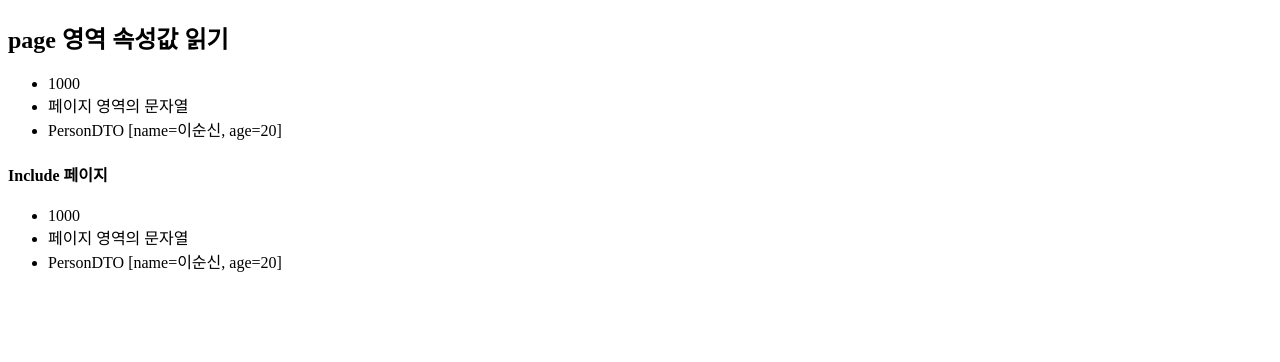
Repository: parkblacksheep/JSP-Servlet
Page: http://localhost/HelloJSP3/scope/pageContextScope2.jsp
An editor plug-in stored every save of this project. The page is shown before and after the next save, followed by the edit.
The browser window is 1280 px wide. The pictures show the whole page.
The page is served by Tomcat 9.

Above is the page before, as saved 2024-07-26 01:46:23.

### HelloJSP3/src/main/webapp/scope/pageContextScope2.jsp
<%@page import="kr.co.kosta.common.PersonDTO"%>
<%@ page language="java" contentType="text/html; charset=UTF-8"
    pageEncoding="UTF-8"%>
<%
	pageContext.setAttribute("pageInteger", 1000);
	pageContext.setAttribute("pageString","페이지 영역의 문자열");
	pageContext.setAttribute("pageDTO", new PersonDTO("이순신",20));

%>

<!DOCTYPE html>
<html>
<head>
<meta charset="UTF-8">
<title>Insert title here</title>
</head>
<body>
	<h2>page 영역 속성값 읽기</h2>
	<%
		int pInteger=(Integer)pageContext.getAttribute("pageInteger");
		String pString=pageContext.getAttribute("pageString").toString();
		PersonDTO pPerson =(PersonDTO)pageContext.getAttribute("pageDTO");
	%>
	<ul>
		<li><%= pInteger %></li>
		<li><%= pString %></li>
		<li><%= pPerson %></li>
	</ul>

	<%@ include file="pageContextInclude.jsp" %>
</body>
</html>

### HelloJSP3/src/main/webapp/scope/pageContextInclude.jsp
<%@page import="kr.co.kosta.common.PersonDTO"%>
<%@ page language="java" contentType="text/html; charset=UTF-8"
    pageEncoding="UTF-8"%>
<!DOCTYPE html>
<html>
<head>
<meta charset="UTF-8">
<title>Insert title here</title>
</head>
<body>
	<h4>Include 페이지</h4>
	<%
		int pInteger2 =(Integer)pageContext.getAttribute("pageInteger");
		String pString2 = pageContext.getAttribute("pageString").toString();
		PersonDTO pPerson2 = (PersonDTO)pageContext.getAttribute("pageDTO");
	%>
	<ul>
		<li><%= pInteger2 %></li>
		<li><%= pString2 %></li>
		<li><%= pPerson2 %></li>
	</ul>
</body>
</html>

### HelloJSP3/src/main/java/kr/co/kosta/common/PersonDTO.java
package kr.co.kosta.common;

public class PersonDTO {
	private String name;
	private int age;


	public PersonDTO(String name, int age) {
		super();
		this.name = name;
		this.age = age;
	}


	public String getName() {
		return name;
	}


	public void setName(String name) {
		this.name = name;
	}


	public int getAge() {
		return age;
	}


	public void setAge(int age) {
		this.age = age;
	}


	@Override
	public String toString() {
		return "PersonDTO [name=" + name + ", age=" + age + "]";
	}


}

After the next save:
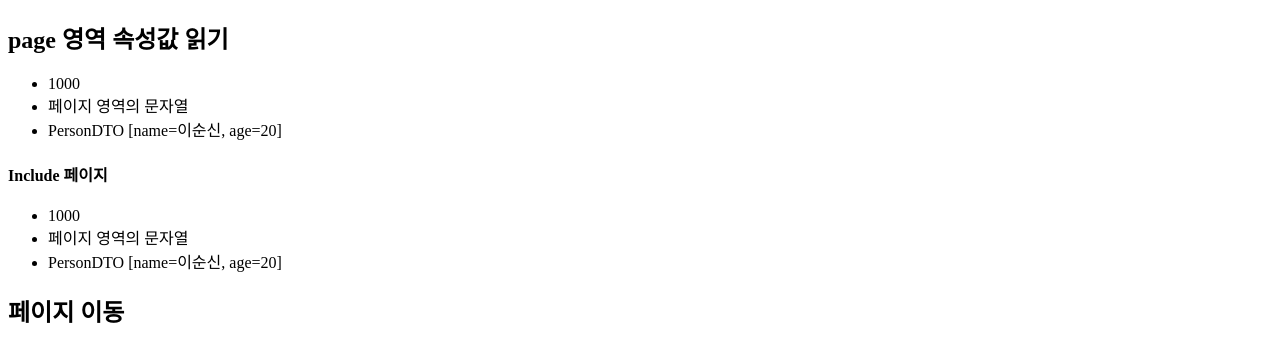
Saved 41 s later.
--- a/HelloJSP3/src/main/webapp/scope/pageContextScope2.jsp
+++ b/HelloJSP3/src/main/webapp/scope/pageContextScope2.jsp
@@ -28,5 +28,7 @@
 	</ul>
 
 	<%@ include file="pageContextInclude.jsp" %>
+	<h2>페이지 이동 </h2>
+	<a href=""></a>
 </body>
 </html>
